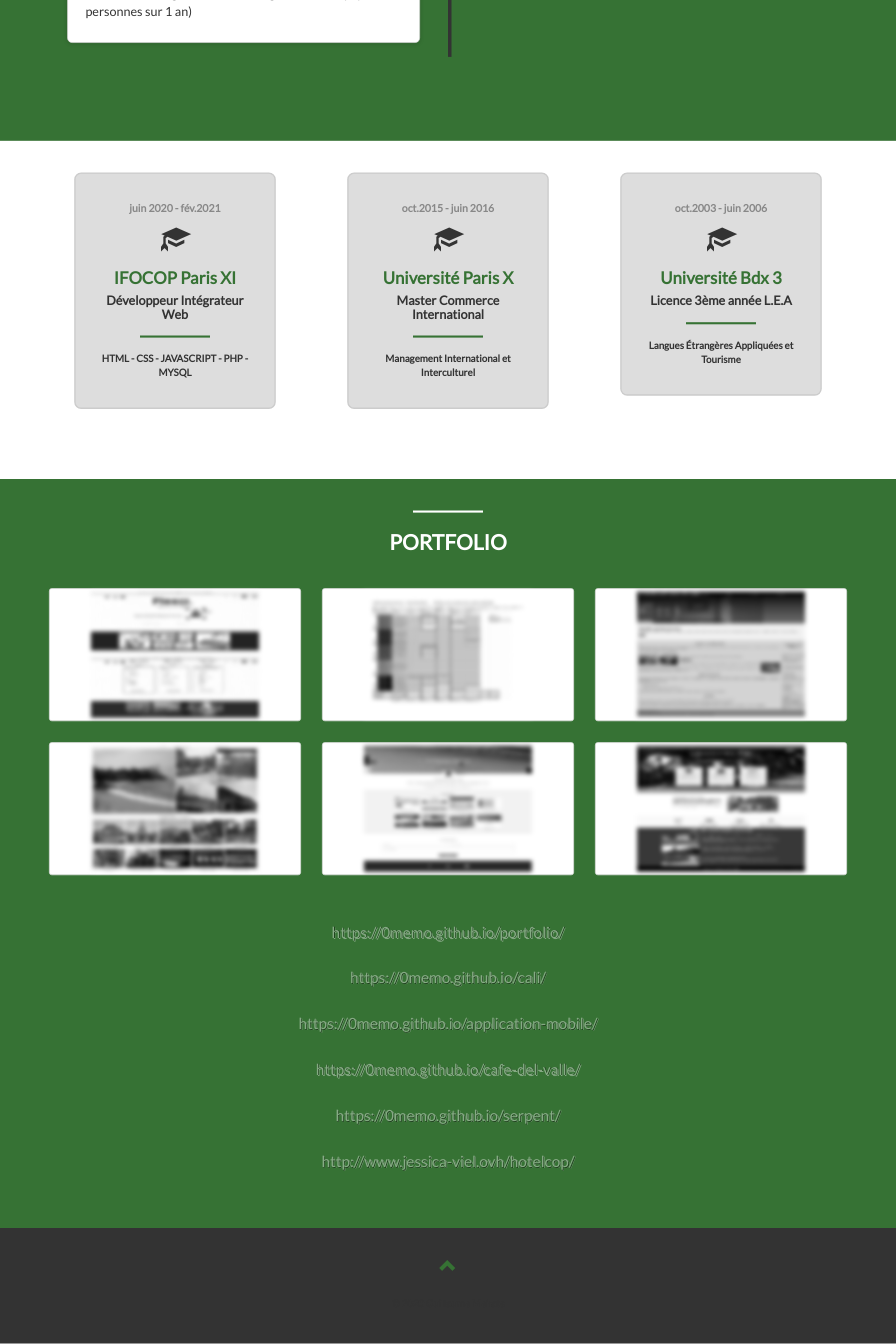
Repository: 0Memo/mon-cv
Page: index.html
An editor plug-in stored every save of this project. The page is shown before and after the next save, followed by the edit.
The browser window is 1280 px wide. The pictures show the part of the page from y = 3345 to 5265 px (the page is 5265 px tall), at 70% of full size.

Above is the page before, as saved 2020-12-29 15:46:36.

After the next save:
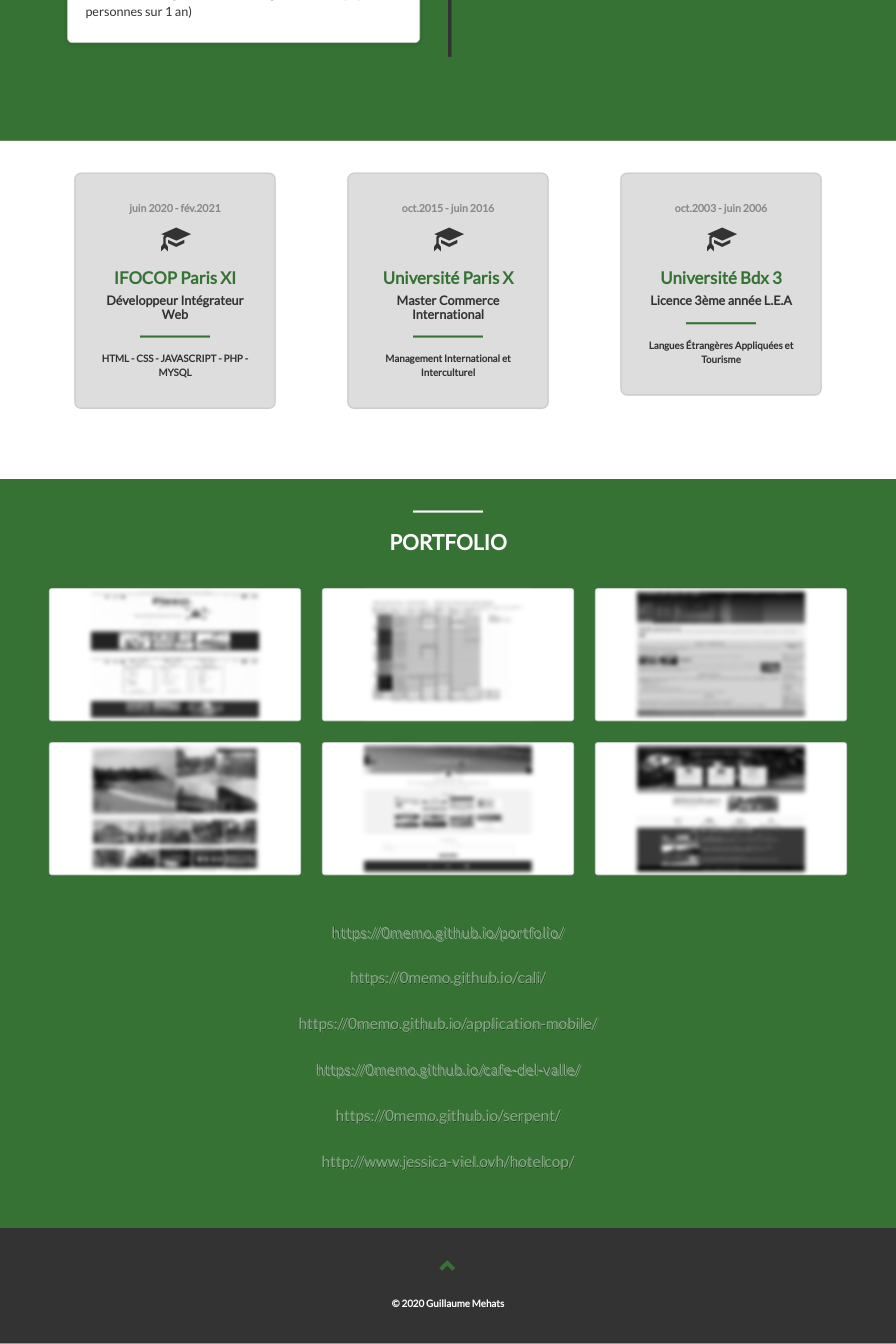
Saved 46 s later.
--- a/css/styles.css
+++ b/css/styles.css
@@ -392,3 +392,7 @@
 footer .glyphicon:hover {
     font-size: 27px;
 }
+
+footer h5 {
+    color: #fff;
+}
